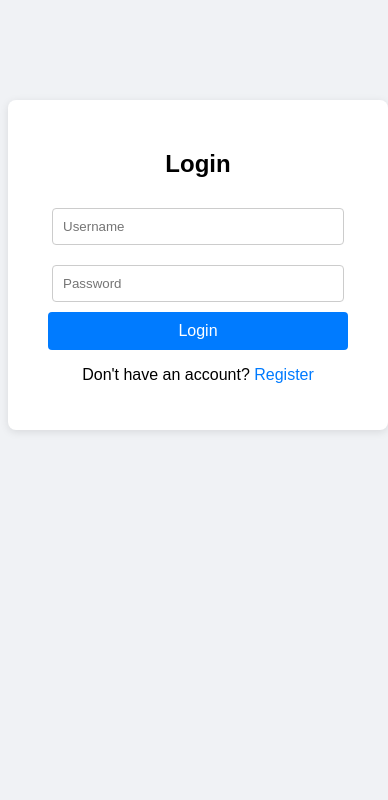
Repository: lowluds/auth-flask
Page: http://localhost/login
An editor plug-in stored every save of this project. The page is shown before and after the next save, followed by the edit.
The browser window is 375 px wide. The page is 388 px wide, then 380 px, so the pictures cover 388 px, including what lies to the right of the window. The pictures show the whole page.
The page is served by the project's application, run on Flask 3 (login.py).

Above is the page before, as saved 2025-06-27 21:08:22.

After the next save:
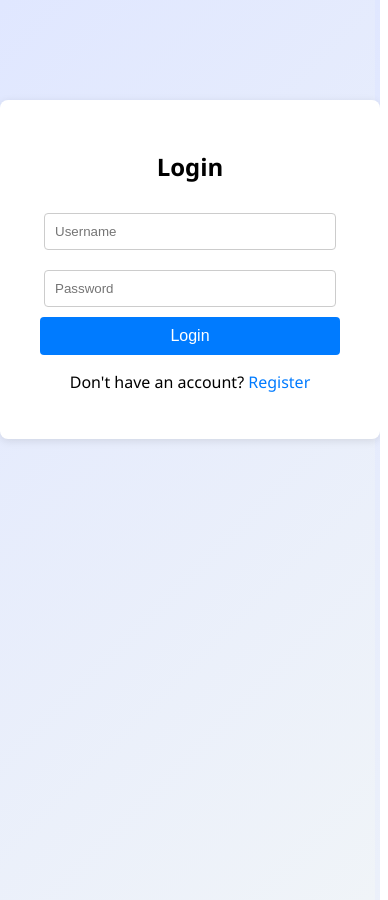
Saved 3 min 22 s later.
--- a/static/style.css
+++ b/static/style.css
@@ -1,6 +1,8 @@
 body {
-    background: #f0f2f5;
-    font-family: Arial, sans-serif;
+    background: linear-gradient(135deg, #e0e7ff 0%, #f0f4f8 100%);
+    font-family: 'Segoe UI', Arial, sans-serif;
+    margin: 0;
+    min-height: 100vh;
 }
 .login-container {
     background: #fff;
@@ -42,38 +44,52 @@ body {
 .login-container a:hover {
     text-decoration: underline;
 }
-.dashboard-container {
+.dashboard-container, .admin-dashboard-container {
     background: #fff;
-    padding: 40px 50px;
+    padding: 48px 56px;
     margin: 100px auto;
-    width: 400px;
-    border-radius: 10px;
-    box-shadow: 0 4px 16px rgba(0,0,0,0.12);
+    width: 420px;
+    border-radius: 18px;
+    box-shadow: 0 8px 32px rgba(60, 72, 100, 0.18);
     text-align: center;
+    transition: box-shadow 0.2s;
 }
-.dashboard-container h2 {
-    margin-bottom: 20px;
-    color: #333;
+.dashboard-container:hover, .admin-dashboard-container:hover {
+    box-shadow: 0 12px 40px rgba(60, 72, 100, 0.22);
 }
-.dashboard-container p {
-    font-size: 18px;
-    color: #555;
+.dashboard-container h2, .admin-dashboard-container h2 {
+    margin-bottom: 24px;
+    color: #2d3748;
+    font-size: 2.1rem;
+    letter-spacing: 1px;
 }
-.dashboard-container ul {
+.dashboard-container p, .admin-dashboard-container p {
+    font-size: 1.15rem;
+    color: #4a5568;
+}
+.dashboard-container ul, .admin-dashboard-container ul {
     list-style: none;
     padding: 0;
-    margin-top: 30px;
+    margin-top: 36px;
 }
-.dashboard-container li {
-    margin: 15px 0;
+.dashboard-container li, .admin-dashboard-container li {
+    margin: 18px 0;
 }
-.dashboard-container a {
-    color: #007bff;
+.dashboard-container a, .admin-dashboard-container a {
+    color: #6366f1;
     text-decoration: none;
-    font-weight: bold;
-    transition: color 0.2s;
+    font-weight: 600;
+    font-size: 1.08rem;
+    border-bottom: 1px solid transparent;
+    transition: color 0.2s, border-bottom 0.2s;
 }
-.dashboard-container a:hover {
-    color: #0056b3;
-    text-decoration: underline;
+.dashboard-container a:hover, .admin-dashboard-container a:hover {
+    color: #4338ca;
+    border-bottom: 1px solid #4338ca;
 }
+@media (max-width: 600px) {
+    .dashboard-container, .admin-dashboard-container {
+        width: 95vw;
+        padding: 24px 8px;
+    }
+}
